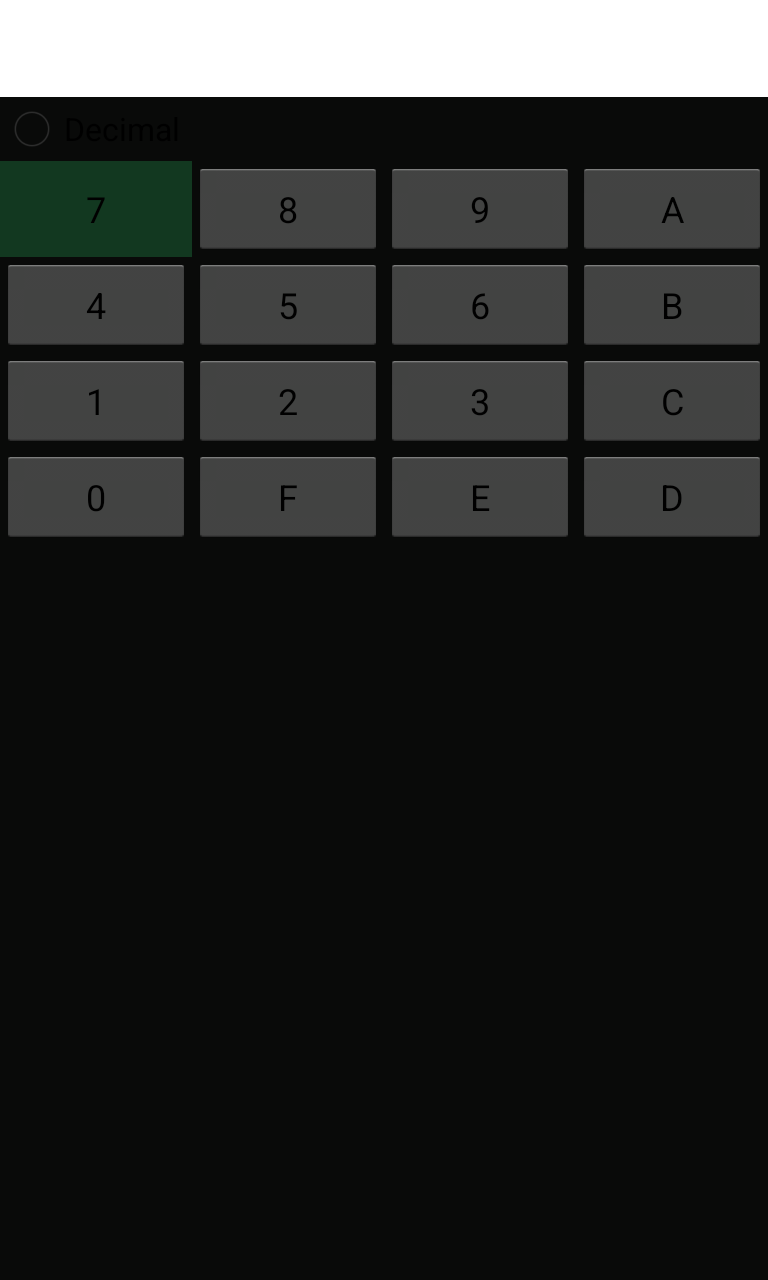
Repository: RamDion/BSIT_Calculator
Layout: CcsCalcu/res/layout/activity_calculator.xml
The author's editor kept a copy of each file at every save. The layout is drawn from the files as they stood at one save, then again after the next save.
It is drawn on a 768 x 1280 px phone screen (xhdpi) without system bars, with theme AppTheme; the app's code is not run.

Above is the layout before, as saved 2014-09-04 05:20:28.

### CcsCalcu/res/layout/activity_calculator.xml
    <TableLayout
        xmlns:android="http://schemas.android.com/apk/res/android"
    	xmlns:tools="http://schemas.android.com/tools"
        android:layout_width="fill_parent"
        android:layout_height="fill_parent"
        android:background="#090a09"
        android:layout_alignParentLeft="true"
        android:layout_alignParentTop="true"
        android:layout_alignParentRight="true"
        android:layout_alignParentBottom="true"
    tools:context="com.example.android_calc.MainActivity">

        <TableRow
            android:id="@+id/tableRow1"
            android:layout_width="fill_parent"
            android:layout_height="wrap_content"
             >

            <EditText
                android:id="@+id/calc_screen"
                android:background="#ffffff"
                android:layout_weight="1"
                android:layout_width="0dip"
                android:layout_height="wrap_content"
                android:textSize="36sp"
                android:inputType="none" >

            </EditText>

        </TableRow>

        <TableRow
            android:id="@+id/tableRow10"
            android:layout_width="fill_parent"
            android:layout_height="wrap_content"
             >
<RadioButton
             android:id="@+id/radioButton1"
             android:layout_width="wrap_content"
             android:layout_height="wrap_content"
             android:text="Decimal" />

        </TableRow>



        <TableRow
            android:id="@+id/tableRow2"
            android:layout_width="fill_parent"
            android:layout_height="wrap_content" >

            <Button
                android:id="@+id/seven"
                android:background="#123820"
                android:layout_width="0dip"
                android:layout_weight="0.25"
                android:layout_height="wrap_content"
                android:text="@string/seven" />

            <Button
                android:id="@+id/eight"
                android:layout_width="0dip"
                android:layout_weight="0.25"
                android:layout_height="wrap_content"
                android:text="@string/eight" />

            <Button
                android:id="@+id/nine"
                android:layout_width="0dip"
                android:layout_weight="0.25"
                android:layout_height="wrap_content"
                android:text="@string/nine" />

            <Button
                android:id="@+id/a"
                android:layout_width="0dip"
                android:layout_weight="0.25"
                android:layout_height="wrap_content"
                android:text="@string/a" />

        </TableRow>

        <TableRow
            android:id="@+id/tableRow3"
            android:layout_width="fill_parent"
            android:layout_height="wrap_content" >
             <Button
                android:id="@+id/four"
                android:layout_width="0dip"
                android:layout_weight="0.25"
                android:layout_height="wrap_content"
                android:text="@string/four" />

            <Button
                android:id="@+id/five"
                android:layout_width="0dip"
                android:layout_weight="0.25"
                android:layout_height="wrap_content"
                android:text="@string/five" />

            <Button
                android:id="@+id/six"
                android:layout_width="0dip"
                android:layout_weight="0.25"
                android:layout_height="wrap_content"
                android:text="@string/six" />

            <Button
                android:id="@+id/b"
                android:layout_width="0dip"
                android:layout_weight="0.25"
                android:layout_height="wrap_content"
                android:text="@string/b" />


        </TableRow>

        <TableRow
            android:id="@+id/tableRow4"
            android:layout_width="fill_parent"
            android:layout_height="wrap_content" >

            <Button
                android:id="@+id/one"
                android:layout_width="0dip"
                android:layout_weight="0.25"
                android:layout_height="wrap_content"
                android:text="@string/one" />

            <Button
                android:id="@+id/two"
                android:layout_width="0dip"
                android:layout_weight="0.25"
                android:layout_height="wrap_content"
                android:text="@string/two" />

            <Button
                android:id="@+id/three"
                android:layout_width="0dip"
                android:layout_weight="0.25"
                android:layout_height="wrap_content"
                android:text="@string/three" />

            <Button
                android:id="@+id/c"
                android:layout_width="0dip"
                android:layout_weight="0.25"
                android:layout_height="wrap_content"
                android:text="@string/c" />
        </TableRow>

         <TableRow
            android:id="@+id/tableRow5"
            android:layout_width="fill_parent"
            android:layout_height="wrap_content" >

            <Button
                android:id="@+id/zero"
                android:layout_width="0dip"
                android:layout_weight="0.25"
                android:layout_height="wrap_content"
                android:text="@string/zero" />

            <Button
                android:id="@+id/f"
                android:layout_width="0dip"
                android:layout_weight="0.25"
                android:layout_height="wrap_content"
                android:text="@string/f" />

            <Button
                android:id="@+id/e"
                android:layout_width="0dip"
                android:layout_weight="0.25"
                android:layout_height="wrap_content"
                android:text="@string/e" />

            <Button
                android:id="@+id/d"
                android:layout_width="0dip"
                android:layout_weight="0.25"
                android:layout_height="wrap_content"
                android:text="@string/d" />
        </TableRow>



    </TableLayout>

### CcsCalcu/res/values/strings.xml
<?xml version="1.0" encoding="utf-8"?>
<resources>

    <string name="app_name">CcsCalcu</string>
    <string name="action_settings">Settings</string>
    <string name="hello_world">BSIT</string>
    <string name="calcu">Calculator</string>
    <string name="title_activity_calculator">Calculator</string>
    <string name="clr">CLEAR</string>
    <string name="zero">0</string>
    <string name="one">1</string>
    <string name="two">2</string>
    <string name="three">3</string>
    <string name="four">4</string>
    <string name="five">5</string>
    <string name="six">6</string>
    <string name="seven">7</string>
    <string name="eight">8</string>
    <string name="nine">9</string>
    <string name="a">A</string>
    <string name="b">B</string>
    <string name="c">C</string>
    <string name="d">D</string>
    <string name="e">E</string>
    <string name="f">F</string>
    <string name="binary">Binary</string>
    <string name="octal">Octal</string>
    <string name="decimal">Decimal</string>
    <string name="hexa">Hexadecimal</string>
    <string name="title_activity_egapos">EGapos</string>

</resources>

Loaded but not shown: CcsCalcu/res/values/styles.xml (common file); CcsCalcu/res/values-v11/styles.xml (common file); CcsCalcu/res/values-v14/styles.xml (common file)

After the next save:
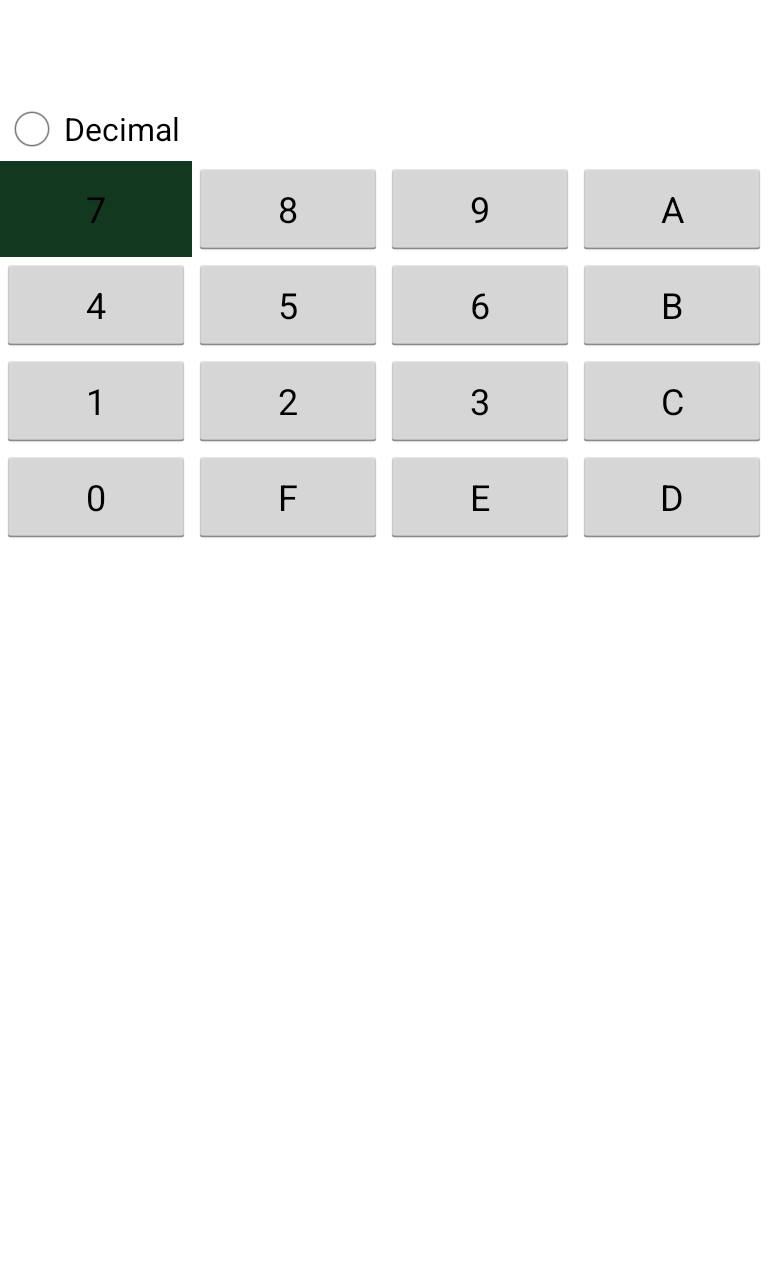
Saved 39 s later.
--- a/CcsCalcu/res/layout/activity_calculator.xml
+++ b/CcsCalcu/res/layout/activity_calculator.xml
@@ -3,7 +3,7 @@
     	xmlns:tools="http://schemas.android.com/tools"
         android:layout_width="fill_parent"
         android:layout_height="fill_parent"
-        android:background="#090a09"
+        android:background="6ded35"
         android:layout_alignParentLeft="true"
         android:layout_alignParentTop="true"
         android:layout_alignParentRight="true"
